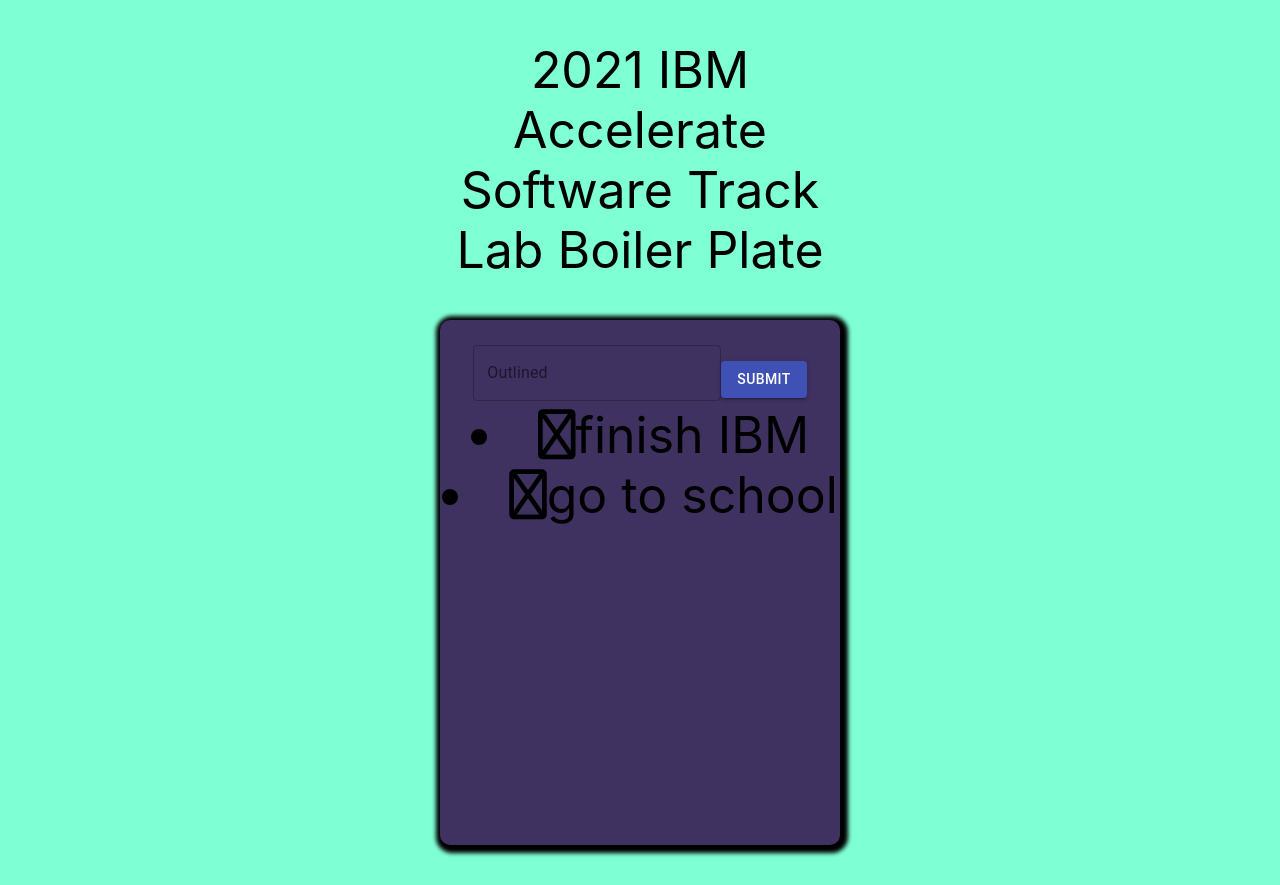
Repository: 2021-IBM-Accelerate-SW-Track/lab-1-team-34
Page: /
The author's editor kept a copy of each file at every save. The page is drawn from the files as they stood at one save, then again after the next save.
The browser window is 1280 px wide. The pictures show the whole page.
Some web libraries are served in a nearby version. The project was rebuilt for these pictures with package versions that can differ from the ones it lists, and the page was loaded fresh each time.

Above is the page before, as saved 2021-06-13 16:45:56.

### public/index.html
<!DOCTYPE html>
<html lang="en">
  <head>
    <meta charset="utf-8" />
    <meta name="viewport" content="width=device-width, initial-scale=1" />
    <meta name="theme-color" content="#000000" />
    <meta
      name="description"
      content="Web site created using create-react-app"
    />
    <script src="https://kit.fontawesome.com/b9d1aed08a.js" crossorigin="anonymous"></script>

    <!--
      manifest.json provides metadata used when your web app is installed on a
      user's mobile device or desktop. See https://developers.google.com/web/fundamentals/web-app-manifest/
    -->
    <!--
      Notice the use of %PUBLIC_URL% in the tags above.
      It will be replaced with the URL of the `public` folder during the build.
      Only files inside the `public` folder can be referenced from the HTML.

      Unlike "/favicon.ico" or "favicon.ico", "%PUBLIC_URL%/favicon.ico" will
      work correctly both with client-side routing and a non-root public URL.
      Learn how to configure a non-root public URL by running `npm run build`.
    -->
    <title>React App</title>
  </head>
  <body>
    <noscript>You need to enable JavaScript to run this app.</noscript>
    <div id="root"></div>
    <!--
      This HTML file is a template.
      If you open it directly in the browser, you will see an empty page.

      You can add webfonts, meta tags, or analytics to this file.
      The build step will place the bundled scripts into the <body> tag.

      To begin the development, run `npm start` or `yarn start`.
      To create a production bundle, use `npm run build` or `yarn build`.
    -->
  </body>
</html>

### src/App.js
// import Header from "./component/header";
import Page from "./Pages/UI";

import "./App.css";

function App() {
  return (
    <div className="App">
      <Page />
    </div>
  );
}

export default App;

### src/Pages/UI/index.js
import Page from "./page";

export default Page;

### src/App.css
.App {
  text-align: center;
  background: aquamarine;
  font-size: 50px;
}

body {
  margin: 0;
  font-family: -apple-system, BlinkMacSystemFont, "Segoe UI", "Roboto", "Oxygen",
    "Ubuntu", "Cantarell", "Fira Sans", "Droid Sans", "Helvetica Neue",
    sans-serif;
  -webkit-font-smoothing: antialiased;
  -moz-osx-font-smoothing: grayscale;
}

code {
  font-family: source-code-pro, Menlo, Monaco, Consolas, "Courier New",
    monospace;
}
html {
  background: aquamarine;
}

### src/Pages/UI/page.js
import React from "react";
import Header from "../../component/header/header"; // no target file, targets index.js
import Input from "../../component/Input";

function page(props) {
  return (
    <div>
      <Header />
      <Input />
    </div>
  );
}

export default page;

### src/component/header/header.js
export default function Header() {
  return (
    <div className="header">
      2021 IBM Accelerate Software Track Lab Boiler Plate
    </div>
  );
}

### src/component/Input/index.js
import Input from "./input";

export default Input;

### src/component/Input/input.js
import { TextField, Button } from "@material-ui/core";
import React, { useState } from "react";
import "./input.css";

const initialTodo = ["finish IBM", "go to school"];

function Input(props) {
  const [input, setInput] = useState("");
  const [list, setTodo] = React.useState(initialTodo);

  function handleAdd() {
    const newList = list;
    newList.push(input);
    setTodo(newList);
    console.log(list);
    setInput("");
    handleClear();
    // debugger;
  }

  const handleClear = () => {
    Array.from(document.querySelectorAll("input")).forEach((input) => {
      input.value = "";
    });
    Array.from(document.querySelectorAll("textarea")).forEach((textarea) => {
      textarea.value = "";
    });
  };
  return (
    <div className="inputcolor">
      <TextField
        onChange={(event) => {
          setInput(event.target.value);
          console.log(input);
        }}
        // onEnter={() => {
        //   list.push(input);
        // }}
        // id="outlined-basic"
        label="Outlined"
        variant="outlined"
      />

      <Button onClick={handleAdd} variant="contained" color="primary">
        Submit
      </Button>

      {/* list not updating quick but data does get added */}
      {list &&
        list.map((item, index) => {
          return <li key={index}>{item}</li>;
        })}
    </div>
  );
}

export default Input;

### src/component/Input/input.css
.inputcolor {
  background-color: #3f3160;
  min-height: 500px;
  width: 400px;
  margin: 40px auto;
  padding-top: 25px;
  border-radius: 10px;
  box-shadow: 2px 2px 4px 6px #000000;
}
.inputtext {
  background-color: #ffffff;
  border: 0;
  color: #fff;
  width: 200px;

  height: 50px;
  margin: 20px;
  padding: 0 20px;
  font-size: 18px;
  border-radius: 10px;
  padding-right: 10px;
}
.container {
  padding-top: 0px;
  padding-bottom: 30px;
}
.list {
  color: white;
}

ul li {
  padding: 10px 0px;
}

li:before {
  content: "\f00c";
  font-family: "Font Awesome 5 Free";
}

.App {
  background-color: #fec9bb;
  min-height: 500px;
  width: 400px;
  margin: 40px auto;
}
.button {
  background-color: rgba(27, 112, 137, 1);
  border: 0;
  color: #fff;
  width: 100px;

  height: 50px;
  margin: 20px;
  padding: 0 20px;
  font-size: 18px;
  border-radius: 10px;
}

Loaded but not shown: src/index.js (common file)

After the next save:
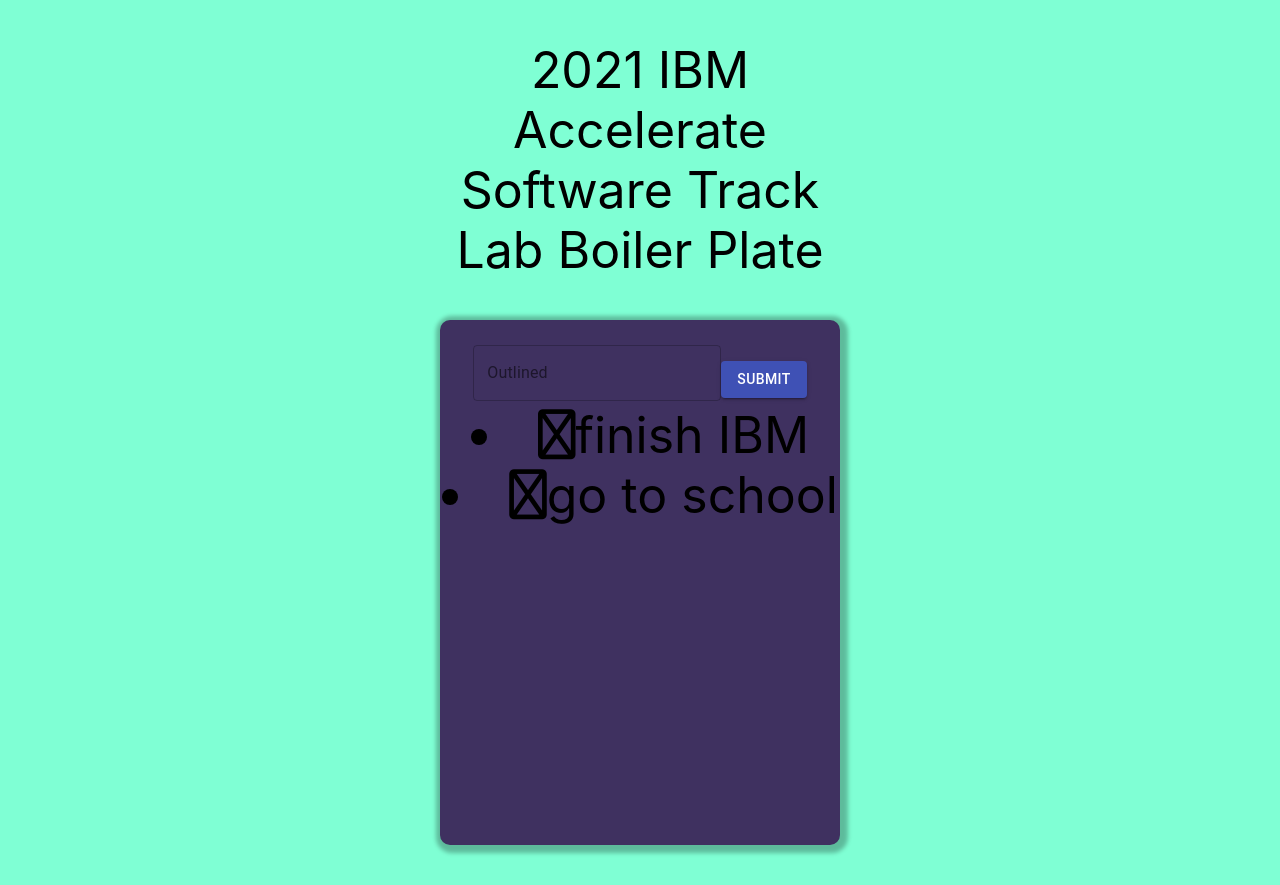
Saved 28 s later.
--- a/src/component/Input/input.css
+++ b/src/component/Input/input.css
@@ -5,10 +5,10 @@
   margin: 40px auto;
   padding-top: 25px;
   border-radius: 10px;
-  box-shadow: 2px 2px 4px 6px #000000;
+  box-shadow: 2px 2px 4px 6px #00000044;
 }
 .inputtext {
-  background-color: #ffffff;
+  background-color: #00000033;
   border: 0;
   color: #fff;
   width: 200px;
